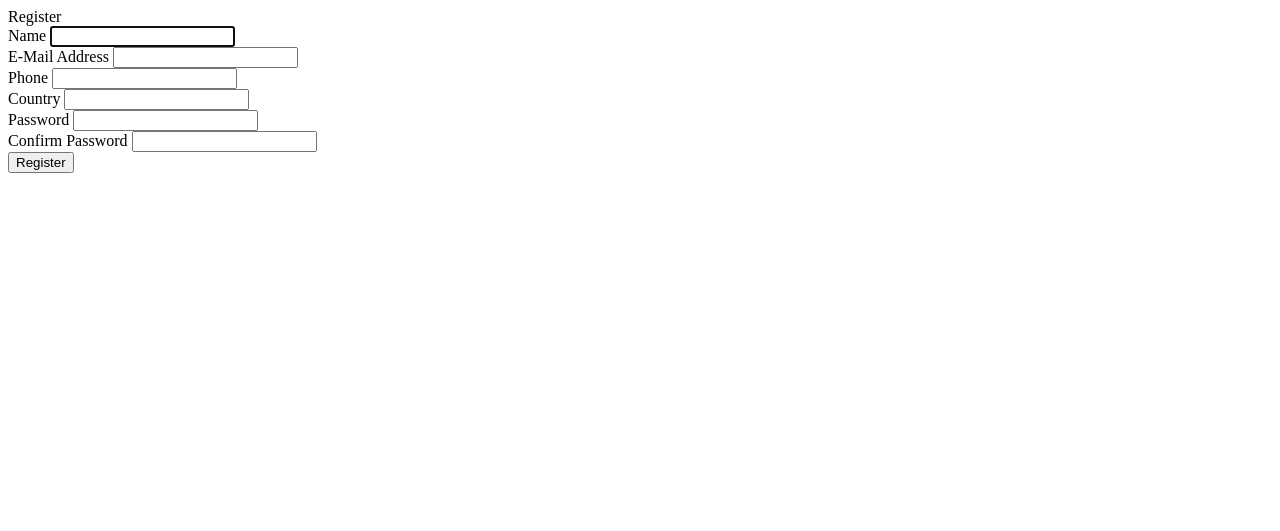
Repository: Tauqeer124/usermanagemet
Page: http://localhost/register
The author's editor kept a copy of each file at every save. The page is drawn from the files as they stood at one save, then again after the next save.
The browser window is 1280 px wide. The pictures show the whole page.
The page is served by the project's Laravel application, run on PHP 8.4 with Laravel 8.

Above is the page before, as saved 2023-07-24 11:51:36.

After the next save:
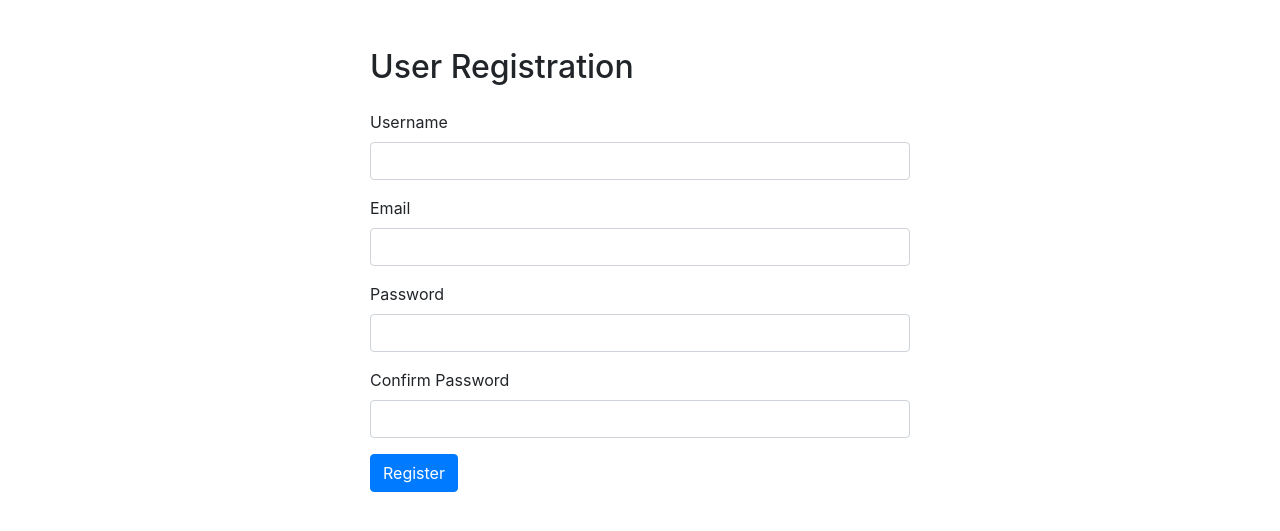
Saved 2 min 16 s later.
--- a/resources/views/auth/register.blade.php
+++ b/resources/views/auth/register.blade.php
@@ -1,74 +1,43 @@
+<!DOCTYPE html>
+<html>
+<head>
+  <title>User Registration Form</title>
+  <!-- Add Bootstrap CSS -->
+  <link rel="stylesheet" href="https://stackpath.bootstrapcdn.com/bootstrap/4.5.2/css/bootstrap.min.css">
+</head>
+<body>
 
-    <!-- Registration Form -->
-    <div class="row justify-content-center">
-        <div class="col-md-6">
-            <div class="card">
-                <div class="card-header">{{ __('Register') }}</div>
-                <div class="card-body">
-                    @if (session('success'))
-                    <div class="alert alert-success">
-                        {{ session('success') }}
-                    </div>
-                @endif
-                    <form method="POST" action="{{ route('register') }}">
-                        @csrf
+<div class="container mt-5">
+  <div class="row justify-content-center">
+    <div class="col-md-6">
+      <h2 class="mb-4">User Registration</h2>
+      <form>
+        <div class="form-group">
+          <label for="username">Username</label>
+          <input type="text" class="form-control" id="username" name="username" required>
+        </div>
+        <div class="form-group">
+          <label for="email">Email</label>
+          <input type="email" class="form-control" id="email" name="email" required>
+        </div>
+        <div class="form-group">
+          <label for="password">Password</label>
+          <input type="password" class="form-control" id="password" name="password" required>
+        </div>
+        <div class="form-group">
+          <label for="confirm_password">Confirm Password</label>
+          <input type="password" class="form-control" id="confirm_password" name="confirm_password" required>
+        </div>
+        <button type="submit" class="btn btn-primary">Register</button>
+      </form>
+    </div>
+  </div>
+</div>
 
-                        <div class="form-group">
-                            <label for="name">{{ __('Name') }}</label>
-                            <input id="name" type="text" class="form-control @error('name') is-invalid @enderror" name="name"  required autocomplete="name" autofocus>
-                            @error('name')
-                                <span class="invalid-feedback" role="alert">
-                                    <strong>{{ $message }}</strong>
-                                </span>
-                            @enderror
-                        </div>
+<!-- Add Bootstrap JS and jQuery -->
+<script src="https://code.jquery.com/jquery-3.5.1.slim.min.js"></script>
+<script src="https://cdn.jsdelivr.net/npm/@popperjs/core@2.9.1/dist/umd/popper.min.js"></script>
+<script src="https://stackpath.bootstrapcdn.com/bootstrap/4.5.2/js/bootstrap.min.js"></script>
 
-                        <div class="form-group">
-                            <label for="email">{{ __('E-Mail Address') }}</label>
-                            <input id="email" type="email" class="form-control @error('email') is-invalid @enderror" name="email" required autocomplete="email">
-                            @error('email')
-                                <span class="invalid-feedback" role="alert">
-                                    <strong>{{ $message }}</strong>
-                                </span>
-                            @enderror
-                        </div>
-                        <div class="form-group">
-                            <label for="phone">{{ __('Phone') }}</label>
-                            <input id="phone" type="text" class="form-control @error('phone') is-invalid @enderror" name="phone" required autocomplete="email">
-                            @error('phone')
-                                <span class="invalid-feedback" role="alert">
-                                    <strong>{{ $message }}</strong>
-                                </span>
-                            @enderror
-                        </div>
-                        <div class="form-group">
-                            <label for="country">{{ __('Country') }}</label>
-                            <input id="country" type="text" class="form-control @error('country') is-invalid @enderror" name="country" required autocomplete="country">
-                            @error('country')
-                                <span class="invalid-feedback" role="alert">
-                                    <strong>{{ $message }}</strong>
-                                </span>
-                            @enderror
-                        </div>
-
-                        <div class="form-group">
-                            <label for="password">{{ __('Password') }}</label>
-                            <input id="password" type="password" class="form-control @error('password') is-invalid @enderror" name="password" required autocomplete="new-password">
-                            @error('password')
-                                <span class="invalid-feedback" role="alert">
-                                    <strong>{{ $message }}</strong>
-                                </span>
-                            @enderror
-                        </div>
-
-                        <div class="form-group">
-                            <label for="password-confirm">{{ __('Confirm Password') }}</label>
-                            <input id="password-confirm" type="password" class="form-control" name="password_confirmation" required autocomplete="new-password">
-                        </div>
-
-                        <button type="submit" class="btn btn-primary">{{ __('Register') }}</button>
-                    </form>
-                </div>
-            </div>
-        </div>
-    </div>
+</body>
+</html>
